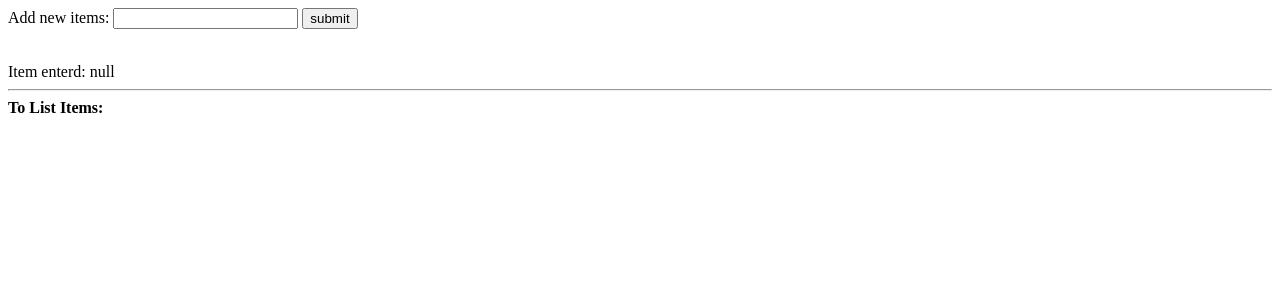
Repository: tenzinlekphel/jsp
Page: http://localhost/jspdemo/todo-demo.jsp
The author's editor kept a copy of each file at every save. The page is drawn from the files as they stood at one save, then again after the next save.
The browser window is 1280 px wide. The pictures show the whole page.
The page is served by Tomcat 9. Other server files are loaded and not shown.

Above is the page before, as saved 2019-09-03 17:26:51.

### jspdemo/WebContent/todo-demo.jsp
<%@ page import="java.util.*" %>
<html>

<body>

<!--  step FORMS -->
<form action="todo-demo.jsp">
	Add new items: <input type="text" name="theItem"/>

	<input type="submit" value="submit"/>
</form>

<br>

Item enterd: <%= request.getParameter("theItem") %>

<%
	List<String> items = (List<String>) session.getAttribute("myTodoList");
	if(items == null) {
		items = new ArrayList<String>();
		session.setAttribute("myTodoList", items);
	}

	String theItem = request.getParameter("theItem");
	if (theItem != null) {
		items.add(theItem);
	}

%>


<hr>
<b>To List Items: </b> <br/>


<ol>
	<%
		for (String temp : items) {
			out.println("<li>" + temp + "</li>");
		}
	%>
</ol>

</body>

</html>

After the next save:
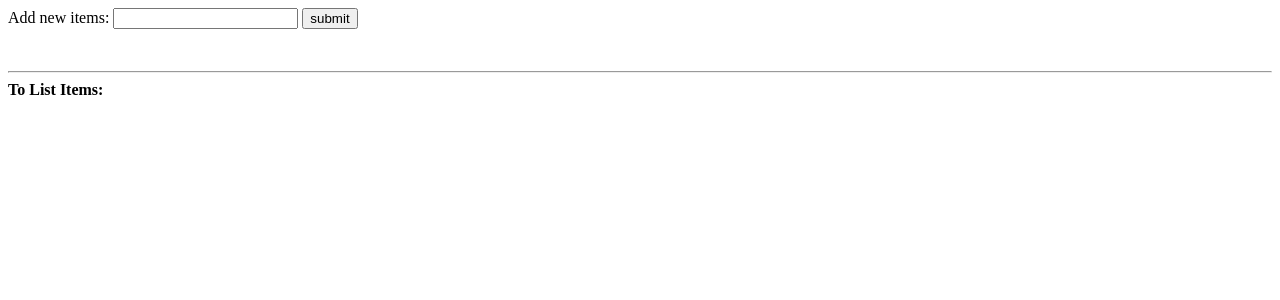
Saved 29 s later.
--- a/jspdemo/WebContent/todo-demo.jsp
+++ b/jspdemo/WebContent/todo-demo.jsp
@@ -11,8 +11,6 @@
 </form>
 
 <br>
-
-Item enterd: <%= request.getParameter("theItem") %>
 
 <%
 	List<String> items = (List<String>) session.getAttribute("myTodoList");
